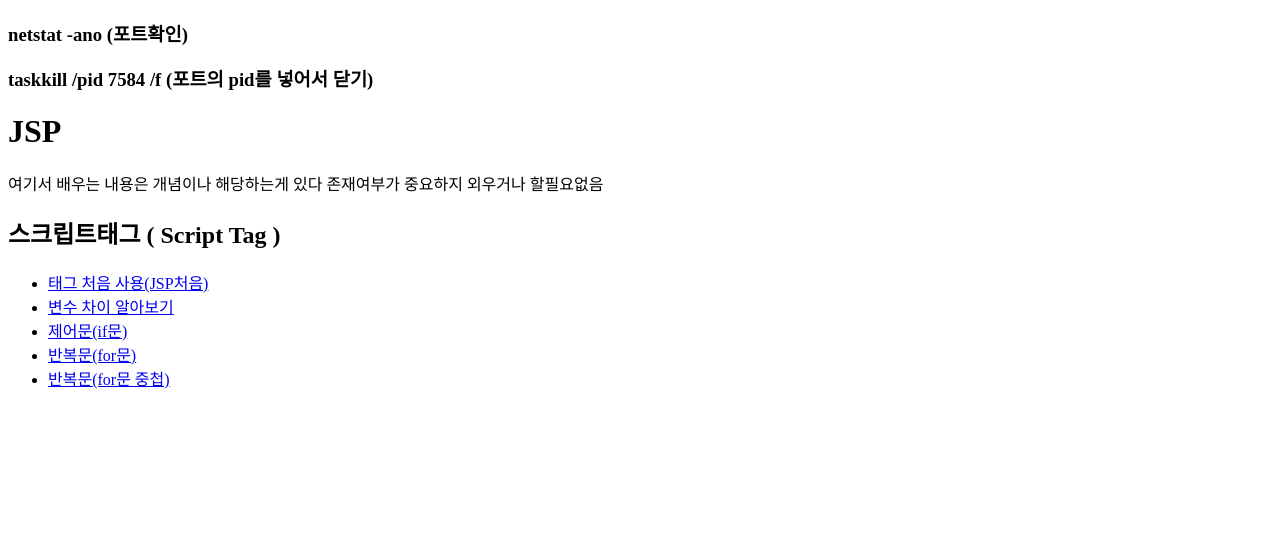
Repository: joeunpyeong/javaA
Page: 03.Tag/src/main/webapp/index.html
An editor plug-in stored every save of this project. The page is shown before and after the next save, followed by the edit.
The browser window is 1280 px wide. The pictures show the whole page.

Above is the page before, as saved 2023-05-19 02:23:43.

### 03.Tag/src/main/webapp/index.html
<!DOCTYPE html>
<html>
<head>
<meta charset="UTF-8">
<title>Insert title here</title>
</head>
<body>
	<h3>netstat -ano (포트확인)</h3>
	<h3>taskkill /pid 7584 /f (포트의 pid를 넣어서 닫기)</h3>

	<h1> JSP </h1>
	<p>여기서 배우는 내용은 개념이나 해당하는게 있다 존재여부가 중요하지 외우거나 할필요없음</p>
	<h2> 스크립트태그 ( Script Tag )</h2>

	<ul>
		<li><a href="01.Script/Ex00Into.jsp">태그 처음 사용(JSP처음)</a> </li>
		<li><a href="01.Script/Ex01Var.jsp">변수 차이 알아보기</a> </li>
		<li><a href="01.Script/Ex02If.jsp">제어문(if문)</a> </li>
		<li><a href="01.Script/Ex03For.jsp">반복문(for문)</a> </li>
		<li><a href="01.Script/Ex04ForTest.jsp">반복문(for문 중첩)</a> </li>
	</ul>


</body>
</html>

After the next save:
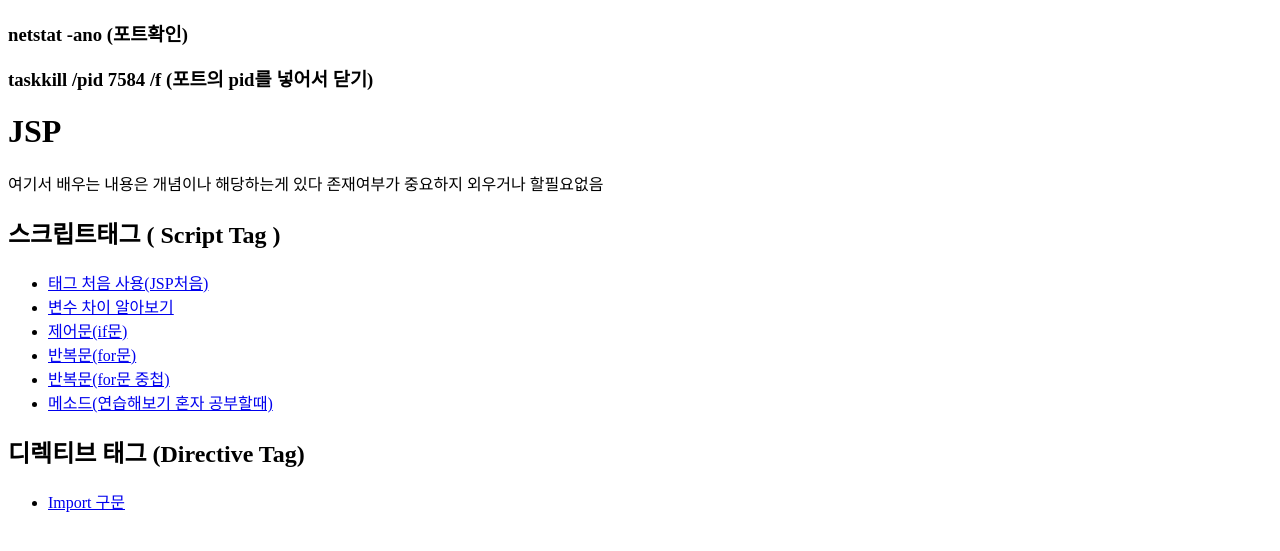
Saved 12 min 54 s later.
--- a/03.Tag/src/main/webapp/index.html
+++ b/03.Tag/src/main/webapp/index.html
@@ -18,6 +18,12 @@
 		<li><a href="01.Script/Ex02If.jsp">제어문(if문)</a> </li>
 		<li><a href="01.Script/Ex03For.jsp">반복문(for문)</a> </li>
 		<li><a href="01.Script/Ex04ForTest.jsp">반복문(for문 중첩)</a> </li>
+		<li><a href="01.Script/Ex05Method.jsp">메소드(연습해보기 혼자 공부할때)</a> </li>
+
+	</ul>
+	<h2>디렉티브 태그 (Directive Tag)</h2>
+	<ul>
+		<li><a href="02.Directive/Ex01_Directive">Import 구문</a> </li>
 	</ul>
 
 
